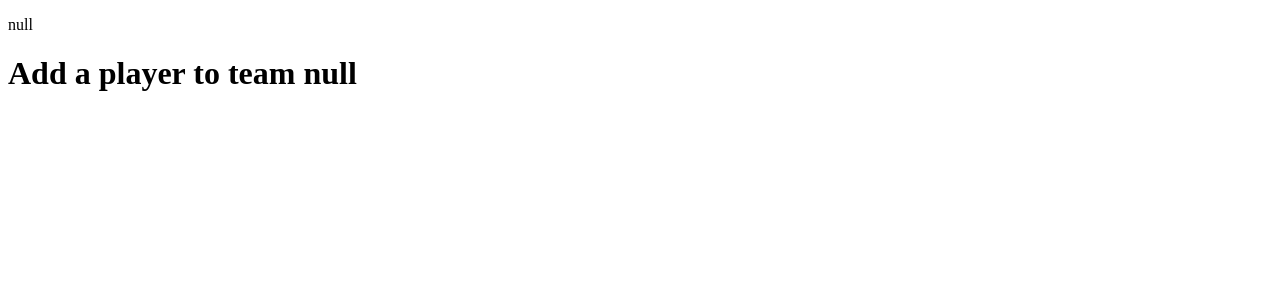
Repository: ohis/JAVAOnTheWeb
Page: http://localhost/TeamRoster/Players
An editor plug-in stored every save of this project. The page is shown before and after the next save, followed by the edit.
The browser window is 1280 px wide. The pictures show the whole page.
The page is served by Tomcat 9.

Above is the page before, as saved 2017-12-04 04:31:44.

After the next save:
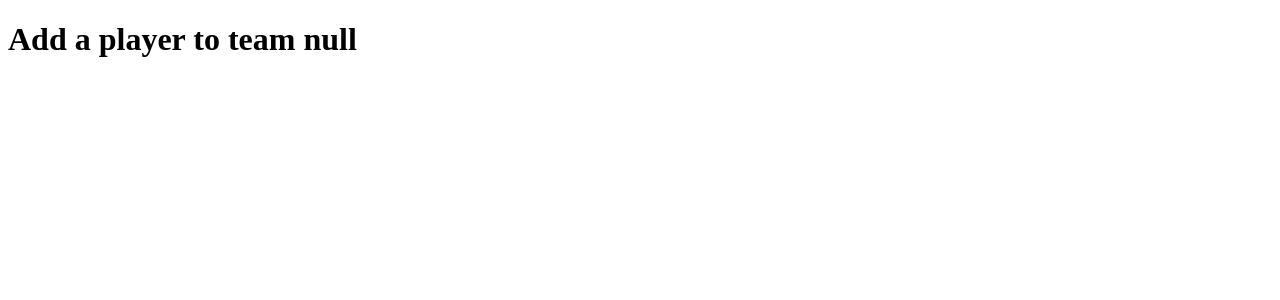
Saved 22 s later.
--- a/servlets/TeamRoster/WebContent/WEB-INF/views/NewPlayer.jsp
+++ b/servlets/TeamRoster/WebContent/WEB-INF/views/NewPlayer.jsp
@@ -8,7 +8,7 @@
 </head>
 <body>
    <% String t = (String)request.getSession().getAttribute("tname"); %>
-       <p> <%= t %></p>
+
   <h1>Add a player to team  <%= t %></h1>
 
 </body>
